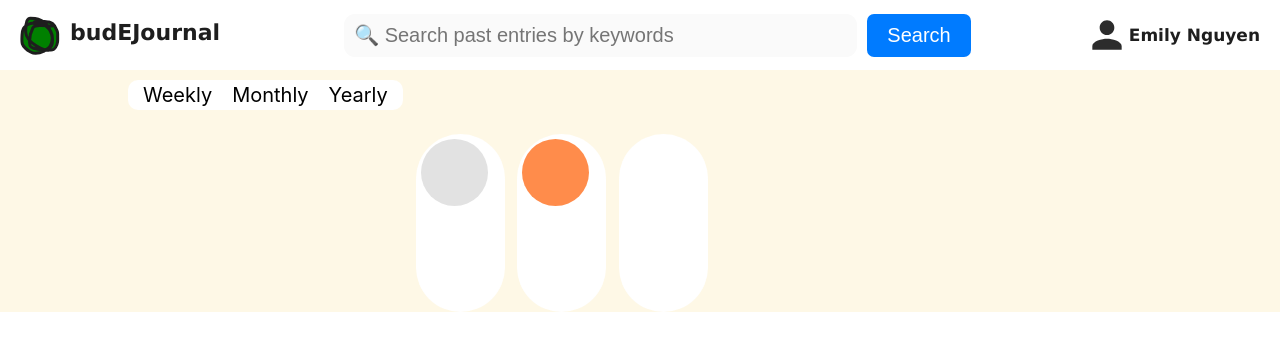
Repository: BaileyLuu/budejournal
Page: /
An editor plug-in stored every save of this project. The page is shown before and after the next save, followed by the edit.
The browser window is 1280 px wide. The pictures show the whole page.
The project was rebuilt for these pictures with package versions that can differ from the ones it lists, and the page was loaded fresh each time. Also part of the build but not shown: src/pages/Home.js.

Above is the page before, as saved 2023-09-16 21:07:34.

After the next save:
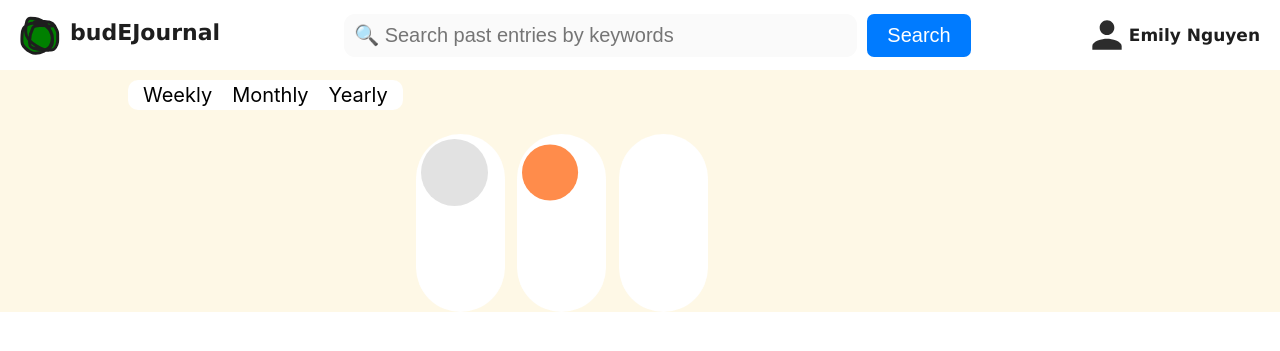
Saved 23 min 13 s later.
--- a/src/components/Emoji.js
+++ b/src/components/Emoji.js
@@ -19,7 +19,7 @@
                     </svg>
                 </div>
                 <div className="emoji-mood">
-                    <svg xmlns="http://www.w3.org/2000/svg" width="67" height="67" viewBox="0 0 67 67" fill="none">
+                    <svg xmlns="http://www.w3.org/2000/svg" width="67" height="67" viewBox="0 0 80 67" fill="none">
                         <circle cx="33.5" cy="33.5" r="33.5" fill="#FF8C4B" />
                     </svg>
                 </div>

After the save that followed:
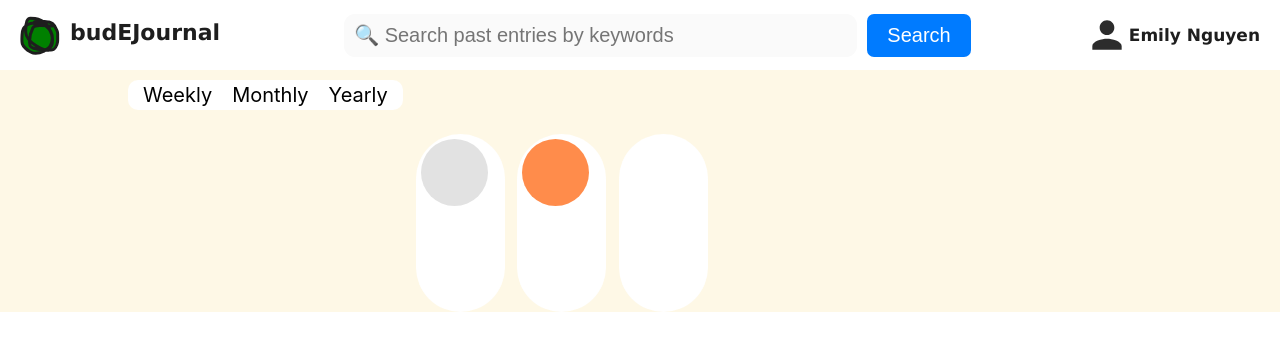
Saved 7 s later.
--- a/src/components/Emoji.js
+++ b/src/components/Emoji.js
@@ -19,7 +19,7 @@
                     </svg>
                 </div>
                 <div className="emoji-mood">
-                    <svg xmlns="http://www.w3.org/2000/svg" width="67" height="67" viewBox="0 0 80 67" fill="none">
+                    <svg xmlns="http://www.w3.org/2000/svg" width="67" height="67" viewBox="0 0 67 67" fill="none">
                         <circle cx="33.5" cy="33.5" r="33.5" fill="#FF8C4B" />
                     </svg>
                 </div>
